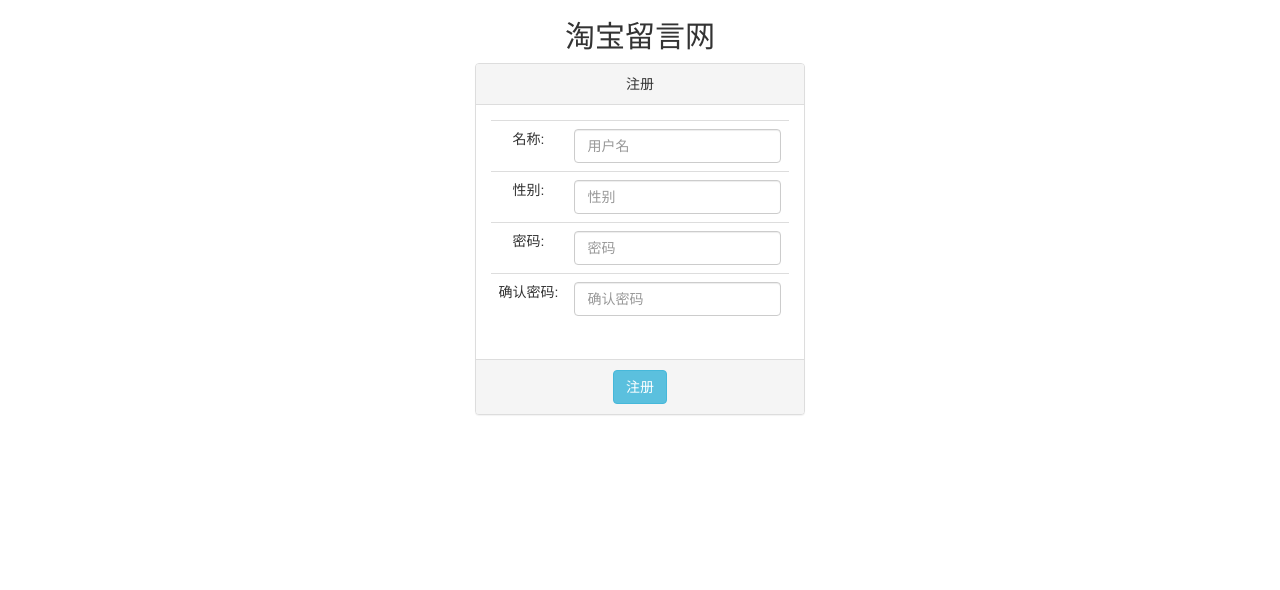
Repository: suxiaohutot/PHP
Page: http://localhost/zhuce.php
These files come from the project's save history. The page is drawn as it stood at one moment and after the next save; the edit follows.
The browser window is 1280 px wide. The pictures show the whole page.
The page is run by PHP 8.4 with error messages shown; the project is at /var/www/html/.

Above is the page before, as saved 2019-11-06 11:21:53.

After the next save:
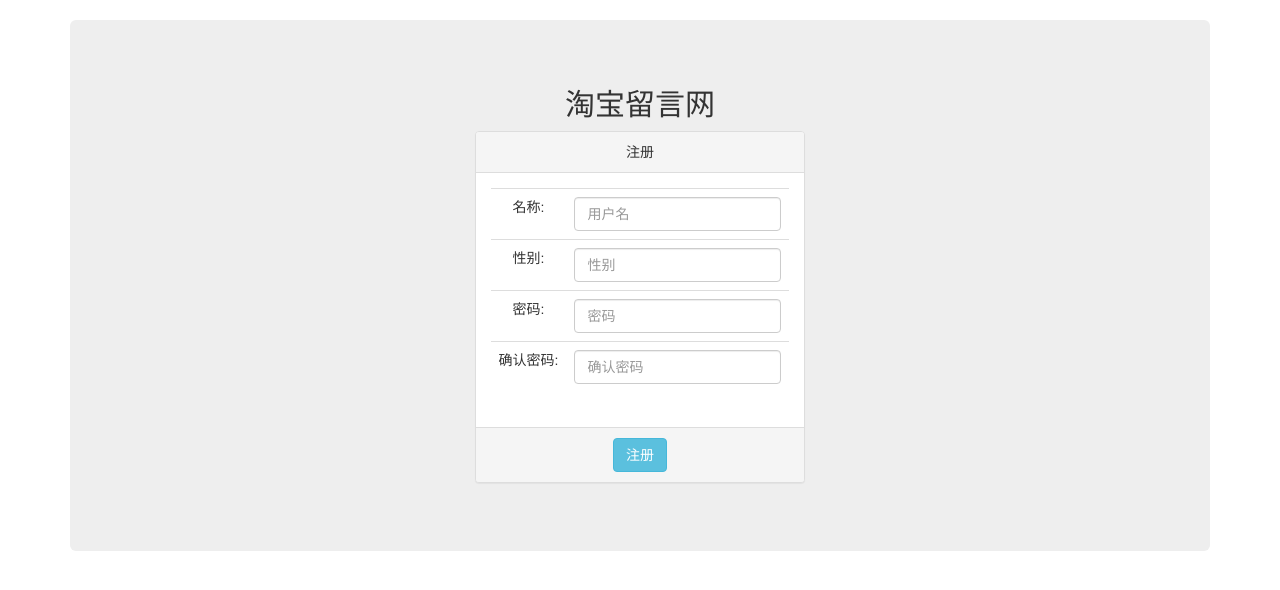
Saved 9 min 13 s later.
--- a/test/zhuce.php
+++ b/test/zhuce.php
@@ -9,6 +9,9 @@
 	</style>
 </head>
 <body>
+<br>
+<div class="container">
+	<div class="jumbotron">
     <div>
     	<form action="regist.php" method="post" class="container">
     		<div ><h2>淘宝留言网</h2></div>
